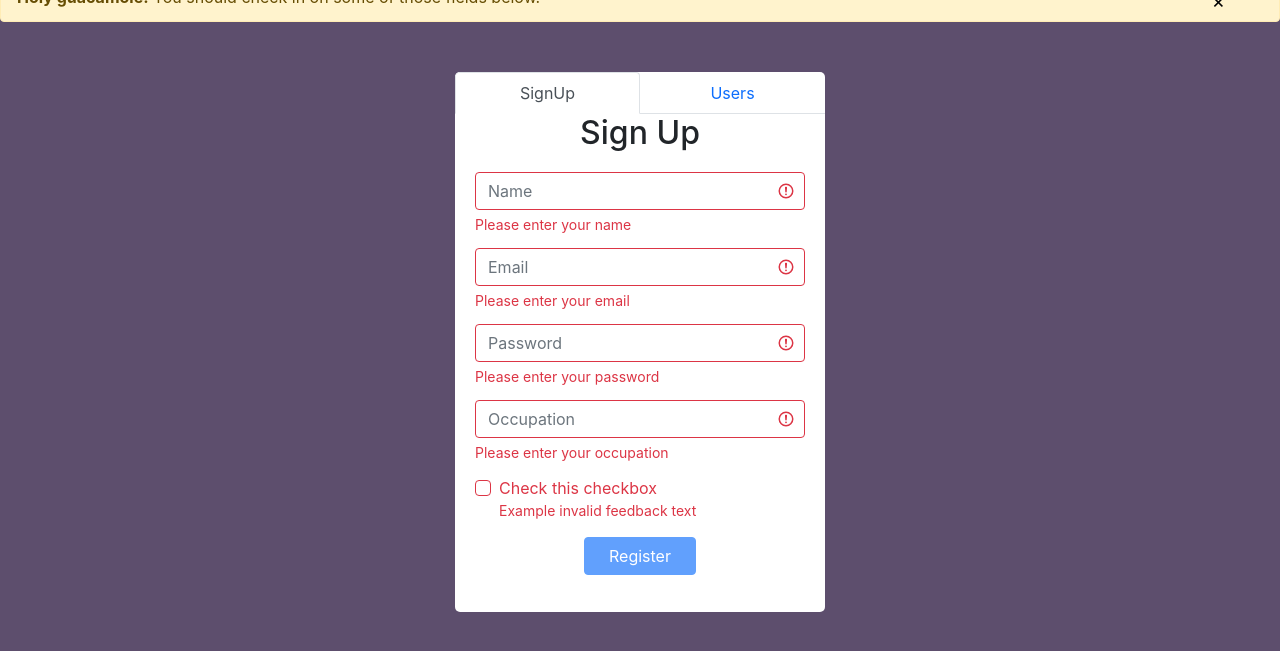
Repository: asadalibest1/SignUp-from
Page: /
An editor plug-in stored every save of this project. The page is shown before and after the next save, followed by the edit.
The browser window is 1280 px wide. The pictures show the whole page.
The project was rebuilt for these pictures with package versions that can differ from the ones it lists, and the page was loaded fresh each time.

Above is the page before, as saved 2021-02-09 16:41:16.

### public/index.html
<!DOCTYPE html>
<html lang="en">
  <head>
    <meta charset="utf-8" />
    <link rel="icon" href="%PUBLIC_URL%/favicon.png" />
    <meta name="viewport" content="width=device-width, initial-scale=1" />
    <meta name="theme-color" content="#000000" />
    <meta
      name="description"
      content="Web site created using create-react-app"
    />
    <link rel="apple-touch-icon" href="%PUBLIC_URL%/logo192.png" />
    <!--
      manifest.json provides metadata used when your web app is installed on a
      user's mobile device or desktop. See https://developers.google.com/web/fundamentals/web-app-manifest/
    -->
    <link rel="manifest" href="%PUBLIC_URL%/manifest.json" />
    <!--
      Notice the use of %PUBLIC_URL% in the tags above.
      It will be replaced with the URL of the `public` folder during the build.
      Only files inside the `public` folder can be referenced from the HTML.

      Unlike "/favicon.ico" or "favicon.ico", "%PUBLIC_URL%/favicon.ico" will
      work correctly both with client-side routing and a non-root public URL.
      Learn how to configure a non-root public URL by running `npm run build`.
    -->
    <!-- Bootstrap -->
    <link href="https://cdn.jsdelivr.net/npm/bootstrap@5.0.0-beta1/dist/css/bootstrap.min.css" rel="stylesheet" integrity="sha384-giJF6kkoqNQ00vy+HMDP7azOuL0xtbfIcaT9wjKHr8RbDVddVHyTfAAsrekwKmP1" crossorigin="anonymous">
    <title>Sign Up</title>
  </head>
  <body>
    <noscript>You need to enable JavaScript to run this app.</noscript>
    <div id="root"></div>
    <!--
      This HTML file is a template.
      If you open it directly in the browser, you will see an empty page.

      You can add webfonts, meta tags, or analytics to this file.
      The build step will place the bundled scripts into the <body> tag.

      To begin the development, run `npm start` or `yarn start`.
      To create a production bundle, use `npm run build` or `yarn build`.
    -->
    <script src="https://cdn.jsdelivr.net/npm/bootstrap@5.0.0-beta1/dist/js/bootstrap.bundle.min.js" integrity="sha384-ygbV9kiqUc6oa4msXn9868pTtWMgiQaeYH7/t7LECLbyPA2x65Kgf80OJFdroafW" crossorigin="anonymous"></script>
  </body>
</html>

### src/index.css
body {
  margin: 0;
  font-family: -apple-system, BlinkMacSystemFont, 'Segoe UI', 'Roboto', 'Oxygen',
    'Ubuntu', 'Cantarell', 'Fira Sans', 'Droid Sans', 'Helvetica Neue',
    sans-serif;
  -webkit-font-smoothing: antialiased;
  -moz-osx-font-smoothing: grayscale;
  background-color: #5D4E6D;
}

code {
  font-family: source-code-pro, Menlo, Monaco, Consolas, 'Courier New',
    monospace;
}

### src/App.js
import React from 'react'
import App1 from "./components/App1/App1"

export default function App() {
  return (
    <div>
      <App1 />
    </div>
  )
}

### src/components/App1/App1.js
import React from 'react'
import Tabs from '../Tabs/Tabs'

export default function App1() {

    // function Chnage() {
    //     document.getElementsByClassName("alertea")[0].style.display = "none";
    // }
    return (
        <div>
            {/* <div class="alertea alert alert-warning alert-dismissible fade show" role="alert">
                <strong>Holy guacamole!</strong> You should check in on some of those fields below.
                        <button type="button" class="close" onClick={Chnage} data-dismiss="alert" aria-label="Close">
                    <span aria-hidden="true">&times;</span>
                </button>
            </div> */}

            <Tabs />
        </div>
    )
}

### src/features/counter/counterSlice.js
import { createSlice } from '@reduxjs/toolkit';
const data = [
  {name: "saad", email: "saad@gmail.com", password: "qwerty", occupation: "petrolium engee"},
  {name: "asad", email: "asad@gmail.com", password: "asdfg", occupation: "wed dev"}
]
export const counterSlice = createSlice({
  name: 'counter',

  initialState: {
    data: data,
    value: 0,
    name: "saad",
  },
  reducers: {
    increment: (state, action) => {
      state.value = action.payload;
    },
    decrement: (state, action) => {
      state.value = action.payload;
    },
    changeName: (state, action) => {
      state.name = action.payload;
    },
    setData: (state, action) => {
      state.data = action.payload;
    },
  },
});


export const { increment, decrement, changeName, setData } = counterSlice.actions;

// The function below is called a thunk and allows us to perform async logic. It
// can be dispatched like a regular action: `dispatch(incrementAsync(10))`. This
// will call the thunk with the `dispatch` function as the first argument. Async
// code can then be executed and other actions can be dispatched

// export const incrementAsync = amount => dispatch => {
//   setTimeout(() => {
//     dispatch(incrementByAmount(amount));
//   }, 1000);
// };

// The function below is called a selector and allows us to select a value from
// the state. Selectors can also be defined inline where they're used instead of
// in the slice file. For example: `useSelector((state) => state.counter.value)`

export const selectCount = state => state.counter.value;
export const name = state => state.counter.name;
export const Data = state => state.counter.data;

export default counterSlice.reducer;

### src/components/Tabs/Tabs.js
import React from 'react'
import SignUp from "../SignUp/SignUp"
import Users from "../Users/Users"
import "./Tabs.css"

export default function Tabs() {
    return (
        <div className="tabs-main">
            <div className="tabs">

                <ul className="nav nav-tabs" id="myTab" role="tablist">
                    <li className="nav-item text-center w-50" role="presentation">
                        <a className="nav-link active" id="signUp-tab" data-bs-toggle="tab" href="#signUp" role="tab" aria-controls="signUp" aria-selected="true">SignUp</a>
                    </li>
                    <li className="nav-item text-center w-50" role="presentation">
                        <a className="nav-link" id="users-tab" data-bs-toggle="tab" href="#users" role="tab" aria-controls="users" aria-selected="false">Users</a>
                    </li>
                </ul>
                <div className="tab-content" id="myTabContent">
                    <div className="tab-pane fade show active" id="signUp" role="tabpanel" aria-labelledby="signUp-tab">
                        <SignUp />
                    </div>
                    <div className="tab-pane fade" id="users" role="tabpanel" aria-labelledby="users-tab">

                        <Users />
                    </div>
                </div>


            </div>
        </div>
    )
}

### src/components/SignUp/SignUp.js
import React from 'react'
import "./SignUp.css"

import { useSelector, useDispatch } from 'react-redux';
import {
  decrement,
  increment,
  selectCount,
  changeName,
  Data,
  setData,
} from '../../features/counter/counterSlice';


export default function SignUp() {

  const count = useSelector(selectCount);
  const dispatch = useDispatch();
  const data = useSelector(Data);

  const [name, setName] = React.useState("");
  const [email, setEmail] = React.useState("");
  const [password, setPassword] = React.useState("");
  const [occupation, setOccupation] = React.useState("");
  const [selectOption, setSelectOption] = React.useState(false);

  var match = null;

  React.useEffect(() => {

    const Button = document.querySelector(".submitButton button");

    if (name === "",
      email === "",
      password === "",
      occupation === "",
      selectOption === false) {

      Button.setAttribute("disabled", "disabled");

    } else {
      Button.removeAttribute("disabled");
    }

  }, [name, email, password, occupation, selectOption])

  function submit(e) {
      e.preventDefault();
    // const checkEmail = /^(([^<>()[\]\\.,;:\s@\"]+(\.[^<>()[\]\\.,;:\s@\"]+)*)|(\".+\"))@((\[[0-9]{1,3}\.[0-9]{1,3}\.[0-9]{1,3}\.[0-9]{1,3}\])|(([a-zA-Z\-0-9]+\.)+[a-zA-Z]{2,}))$/;
    // if (checkEmail.test(email) === true){
      for (let i = 0; i < data.length; i++) {

        if (data[i].email === email) {
          match = true;
          break;
        } else {
          match = false;
        }
      }
// }

    if (match === false){

      dispatch(setData([...data, {name, email, password, occupation}]))

    }if (match === true){
      alert("Email already taken!")
    }
  }

    function Chnage() {
        document.getElementsByClassName("alertea")[0].style.display = "none";
    }

  return (
    <div className="SignUp">


<div class="alertea alert alert-warning alert-dismissible fade show py-1" role="alert">
                <strong>Holy guacamole!</strong> You should check in on some of those fields below.
                        <button type="button" class="close" onClick={Chnage} data-dismiss="alert" aria-label="Close">
                    <span aria-hidden="true">&times;</span>
                </button>
            </div>


      <h2 className="text-center">Sign Up</h2>

      <form className="was-validated">

        <div className="mb-3">
          <input type="name" className="form-control" id="validationInput" onChange={(e) => setName(e.target.value)} placeholder="Name" required />
          <div className="invalid-feedback">
            Please enter your name
    </div>
        </div>

        <div className="mb-3">
          <input type="email" className="form-control" id="validationInput" onChange={(e) => setEmail(e.target.value)} placeholder="Email" required />
          <div className="invalid-feedback emailerr">
            Please enter your email
    </div>
        </div>

        <div className="mb-3">
          <input type="password" className="form-control" id="validationInput" onChange={(e) => setPassword(e.target.value)} placeholder="Password" required />
          <div className="invalid-feedback">
            Please enter your password
    </div>
        </div>

        <div className="mb-3">
          <input type="text" className="form-control" id="validationInput" onChange={(e) => setOccupation(e.target.value)} placeholder="Occupation" required />
          <div className="invalid-feedback">
            Please enter your occupation
    </div>
        </div>


        <div className="radioButton form-check mb-3">
          <input type="checkbox" className="form-check-input" onClick={() => setSelectOption(!selectOption)} id="validationFormCheck1" required />
          <label className="form-check-label" for="validationFormCheck1">Check this checkbox</label>
          <div className="invalid-feedback">Example invalid feedback text</div>
        </div>


        <div className="submitButton mb-3 text-center">
          <button className="btn btn-primary px-4" type="submit"
            onClick={submit}
          >Register</button>
        </div>
      </form>

      {/* <p>{count}</p> */}
      {/* <p>{count}</p>
<button onClick={() => dispatch(increment(count+1))} >increment</button>
<button onClick={() => dispatch(decrement(count-1))} >decrement</button>
<p>{Name}</p>
<button onClick={() => dispatch(changeName("sharif"))} >changeName</button> */}

    </div>
  )
}

### src/components/Users/Users.js
import React from 'react'
import "./Users.css"

import { useSelector, useDispatch } from 'react-redux';

import {
  Data,
} from '../../features/counter/counterSlice';

export default function Users() {

  const data = useSelector(Data);

  return (
    <div className="users">

      <div className="tabpanel" role="tabpanel">
        <div className="panel-coloumn mt-3">
          <div className="list-group" id="myList" role="tablist">

            {
              data.map((item, ind) => {
                return <a className="list-group-item list-group-item-action" data-bs-toggle="list" href={"#target" + ind} role="tab">{item.name}</a>
              })
            }

          </div>
        </div>

        <div className="tab-content">

          {
            data.map((item, ind) => {

              return <div className="tab-pane" id={"target" + ind} role="tabpanel" key={ind}>
                <ul className="list-group list-group-flush">
                  <li className="list-group-item">Name: {item.name}</li>
                  <li className="list-group-item">Email: {item.email}</li>
                  <li className="list-group-item">Password: {item.password}</li>
                  <li className="list-group-item">Occupation: {item.occupation}</li>
                </ul>
              </div>
            })
          }
        </div>
      </div>
    </div>
  )
}

### src/components/Tabs/Tabs.css
.tabs{
    width: 370px;
    height: 75vh;
    background-color: white;
    margin: auto auto;
    margin-top: 10vh;
    border-radius: 5px;
    overflow: hidden;
}

### src/components/SignUp/SignUp.css
.SignUp form{
    margin: 20px;
}
.SignUp form > div{
    /* border: 1px solid black; */
    height: 60px;
}

.SignUp form .radioButton{
    /* border: 1px solid black; */
    height: 45px;
}
.radioButton div{
    /* border: 1px solid black; */
    margin: 0;
}

.SignUp .alertea {
    position: absolute;
    top: -20px;
    left: 0;
    width: 100%;
}
.SignUp .alertea button{
    float: right;
    clear: both;
    border: 0;
    background: transparent;
    font-size: 20px;
}

@media (max-width: 800px) {
    /* .SignUp form{
        margin-top: 3vh;
    } */
    .SignUp h2 {
        margin: 30px auto;
        font-size: 34px;
    }
    .SignUp form > div{
        height: 65px;
    }
    .SignUp form button{
        margin-top: 15px;
    }

}

### src/components/Users/Users.css
.users .tabpanel{
    display: flex;
    flex-direction: row;
    overflow: auto;
}
.users .tabpanel a{
    border-radius: 0;
}

.users .tab-content{
    height: fit-content;
    margin-top: 20px;
    margin-left: 20px;
}

.panel-coloumn{
    border-right: 1px solid rgb(240, 223, 223);
    height: 500px;
    width: 120px;
}

Loaded but not shown: src/index.js (common file); src/app/store.js (common file); src/serviceWorker.js (common file)

After the next save:
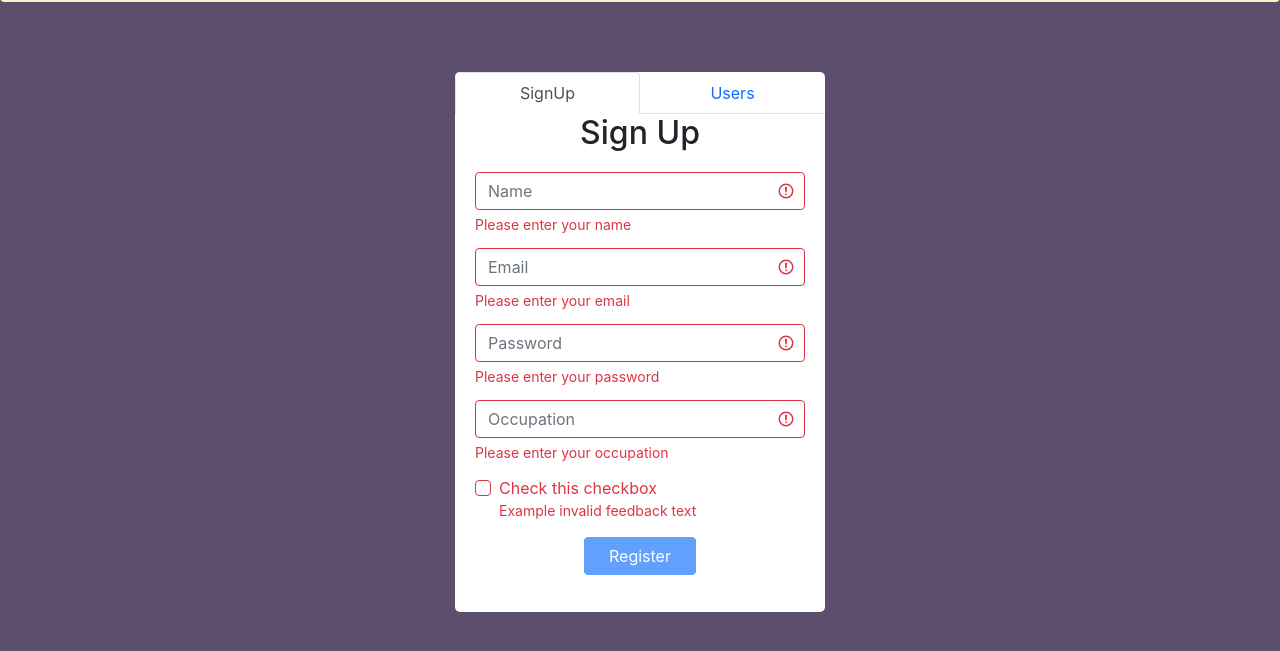
Saved 7 s later.
--- a/src/components/SignUp/SignUp.css
+++ b/src/components/SignUp/SignUp.css
@@ -17,7 +17,7 @@
 
 .SignUp .alertea {
     position: absolute;
-    top: -20px;
+    top: -40px;
     left: 0;
     width: 100%;
 }
